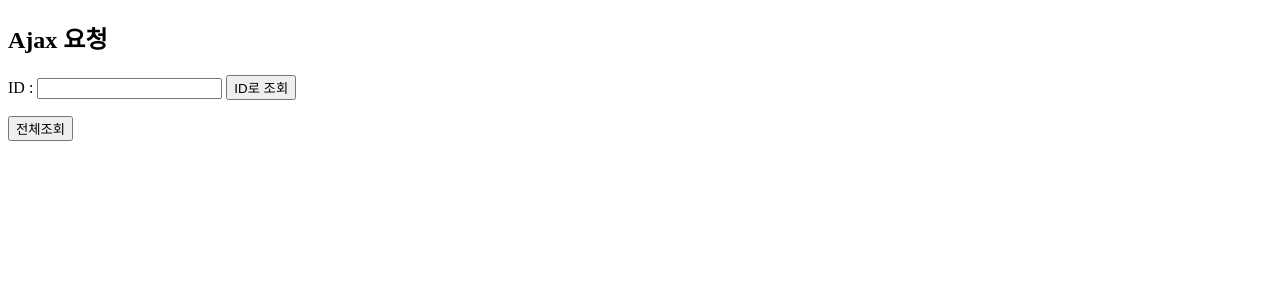
Repository: fellownew/framework_workspace
Page: http://localhost/spring_mvc_04_ajax/ajax/main.do
The author's editor kept a copy of each file at every save. The page is drawn from the files as they stood at one save, then again after the next save.
The browser window is 1280 px wide. The pictures show the whole page.
The page is served by Tomcat 9.

Above is the page before, as saved 2015-05-15 07:53:21.

After the next save:
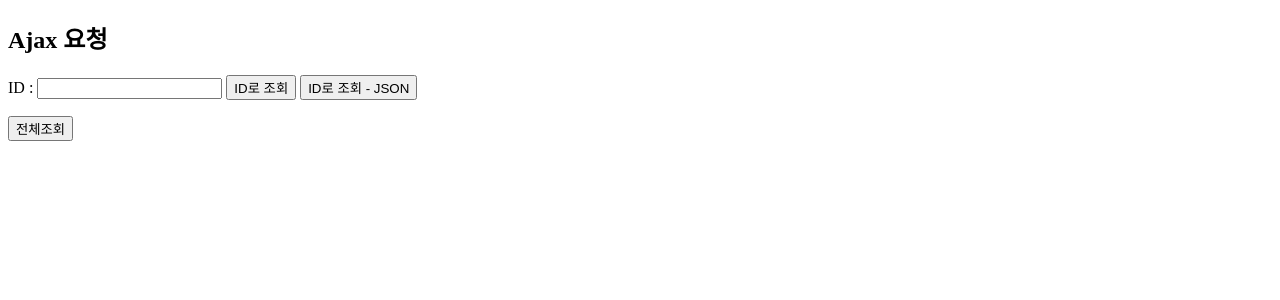
Saved 101 s later.
--- a/spring_mvc_04_ajax/WebContent/WEB-INF/view/ajax_request.jsp
+++ b/spring_mvc_04_ajax/WebContent/WEB-INF/view/ajax_request.jsp
@@ -44,6 +44,8 @@
 <h2>Ajax 요청</h2>
 ID : <input type="text" id="id">
 <button id="searchBtn">ID로 조회</button>
+<button id="j_searchBtn">ID로 조회 - JSON</button>
+<div id="layer"></div>
 <p>
 <button id="listBtn">전체조회</button>
 
